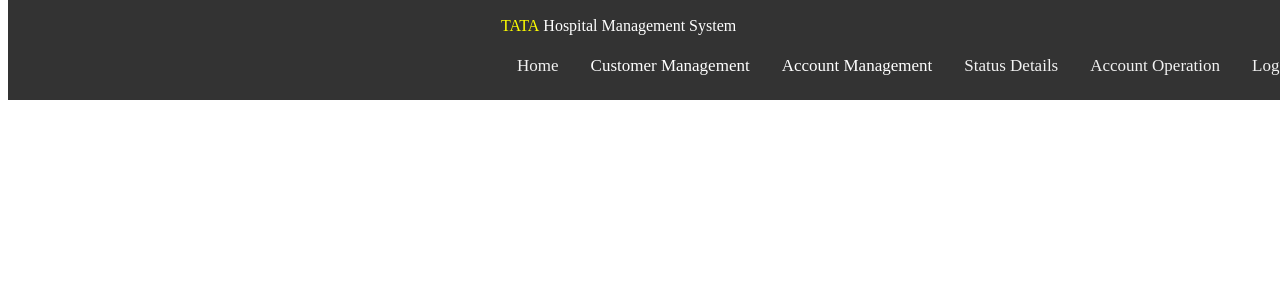
Repository: gopikavinod/RBM
Page: http://localhost/Hospital_Management_System/test.jsp
An editor plug-in stored every save of this project. The page is shown before and after the next save, followed by the edit.
The browser window is 1280 px wide. The pictures show the whole page.
The page is served by Tomcat 9.

Above is the page before, as saved 2020-06-27 06:31:27.

After the next save:
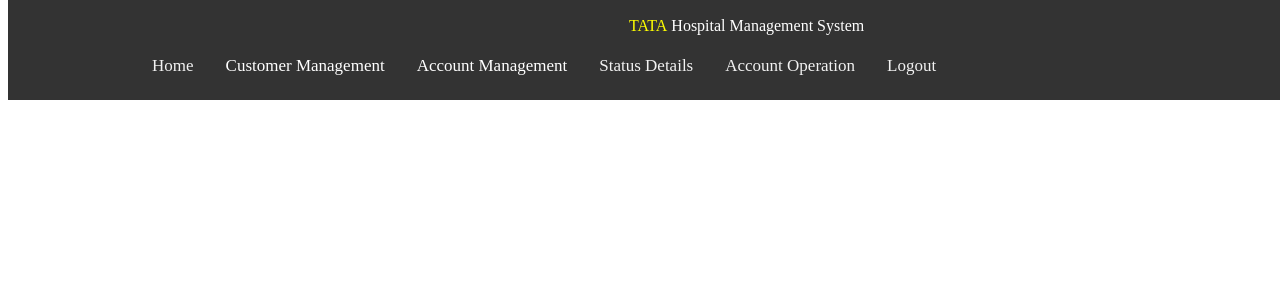
Saved 31 s later.
--- a/eclipse-workspace/Hospital Management System/WebContent/test.jsp
+++ b/eclipse-workspace/Hospital Management System/WebContent/test.jsp
@@ -132,9 +132,9 @@
 <body>
 
  <div class="fixed-header">
-        <div class="container" style="padding-left: 493px;">
+        <div class="container" >
             <nav>
-         <p class="detail" >TATA<span class="name">&nbsp;Hospital Management System</span></p>
+         <p class="detail"  style="padding-left: 493px;">TATA<span class="name">&nbsp;Hospital Management System</span></p>
           <div class="topnav" id="myTopnav" display="none">
                 <a href="#">Home</a>
                 <div class="dropdown">
